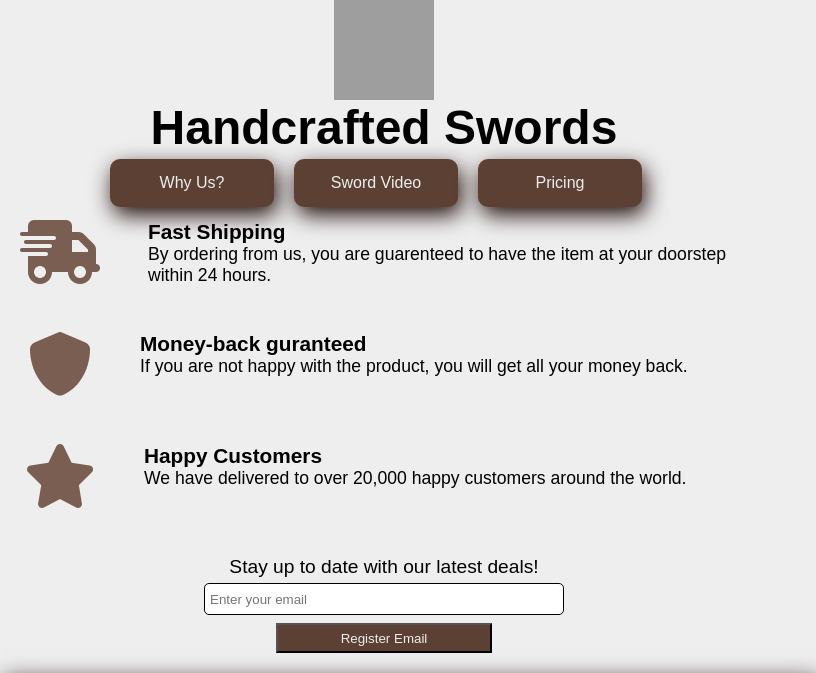
Repository: Pafestivo/Product-Landing-Page
Page: index.html
An editor plug-in stored every save of this project. The page is shown before and after the next save, followed by the edit.
The browser window is 768 px wide. The page is 816 px wide, so the pictures cover 816 px, including what lies to the right of the window. The pictures show the part of the page from y = 0 to 673 px (the page is 1143 px tall before and 1354 px after).
Pictures or frames that could not be fetched are drawn as grey boxes. Some web libraries are served in a nearby version.

Above is the page before, as saved 2022-09-15 20:51:31.

After the next save:
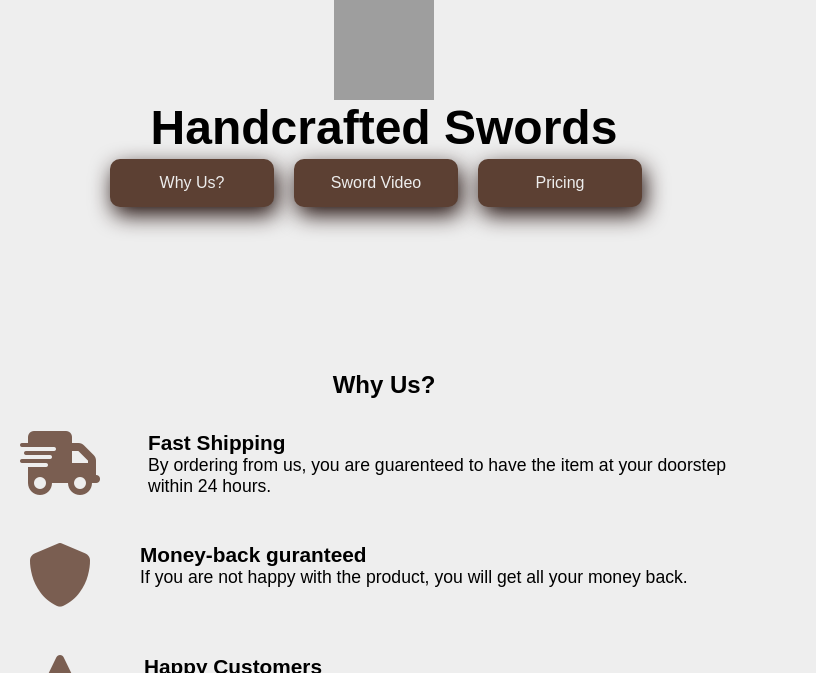
Saved 40 s later.
--- a/styles.css
+++ b/styles.css
@@ -58,6 +58,7 @@
   header {
     grid-template-columns: 1fr;
     place-items: center;
+    position: static;
   }
 
   #nav-bar {
